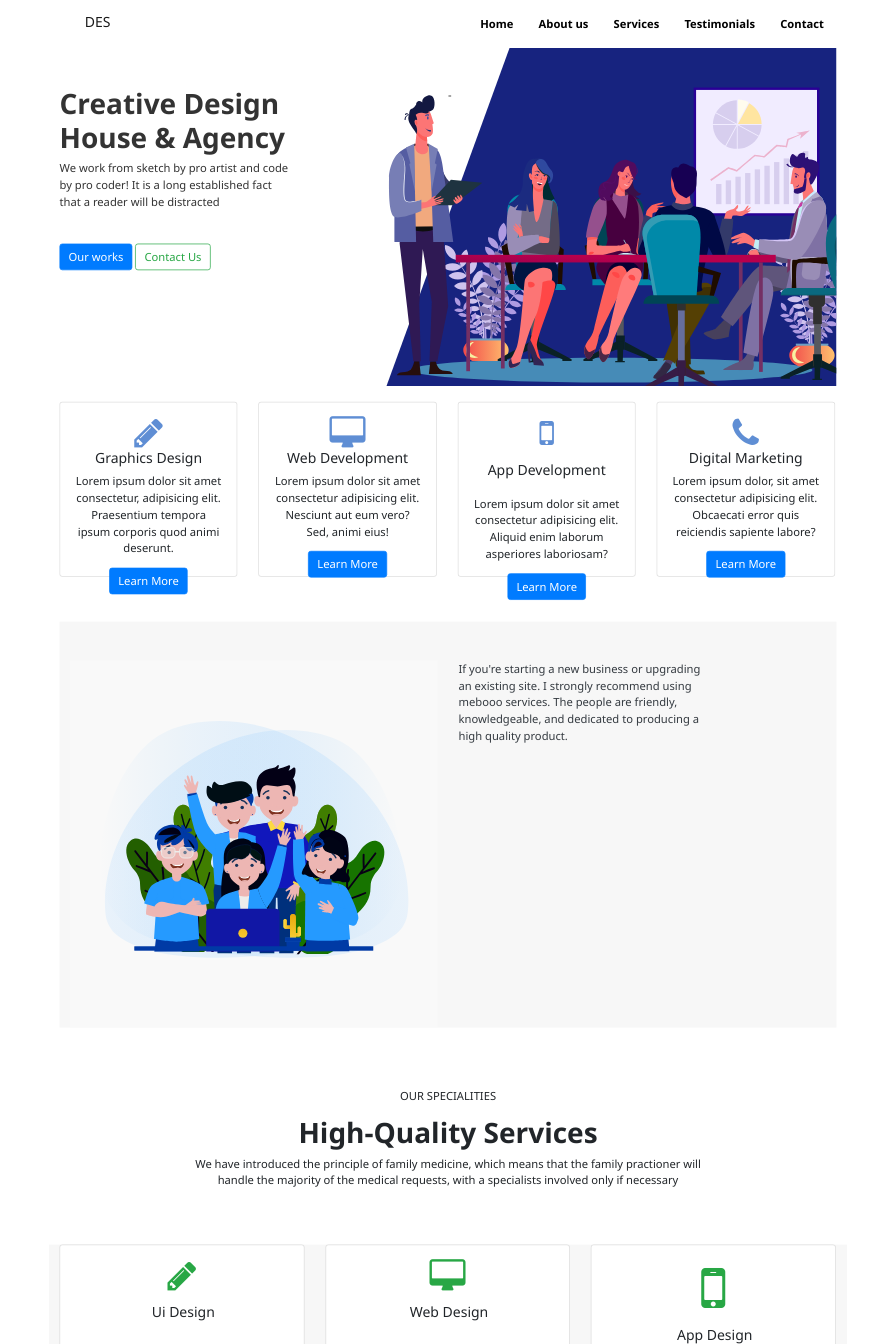
Repository: stephenkayade/Tarm
Page: index.html
An editor plug-in stored every save of this project. The page is shown before and after the next save, followed by the edit.
The browser window is 1280 px wide. The pictures show the part of the page from y = 0 to 1920 px (the page is 2970 px tall), at 70% of full size.

Above is the page before, as saved 2020-05-07 23:09:05.

After the next save:
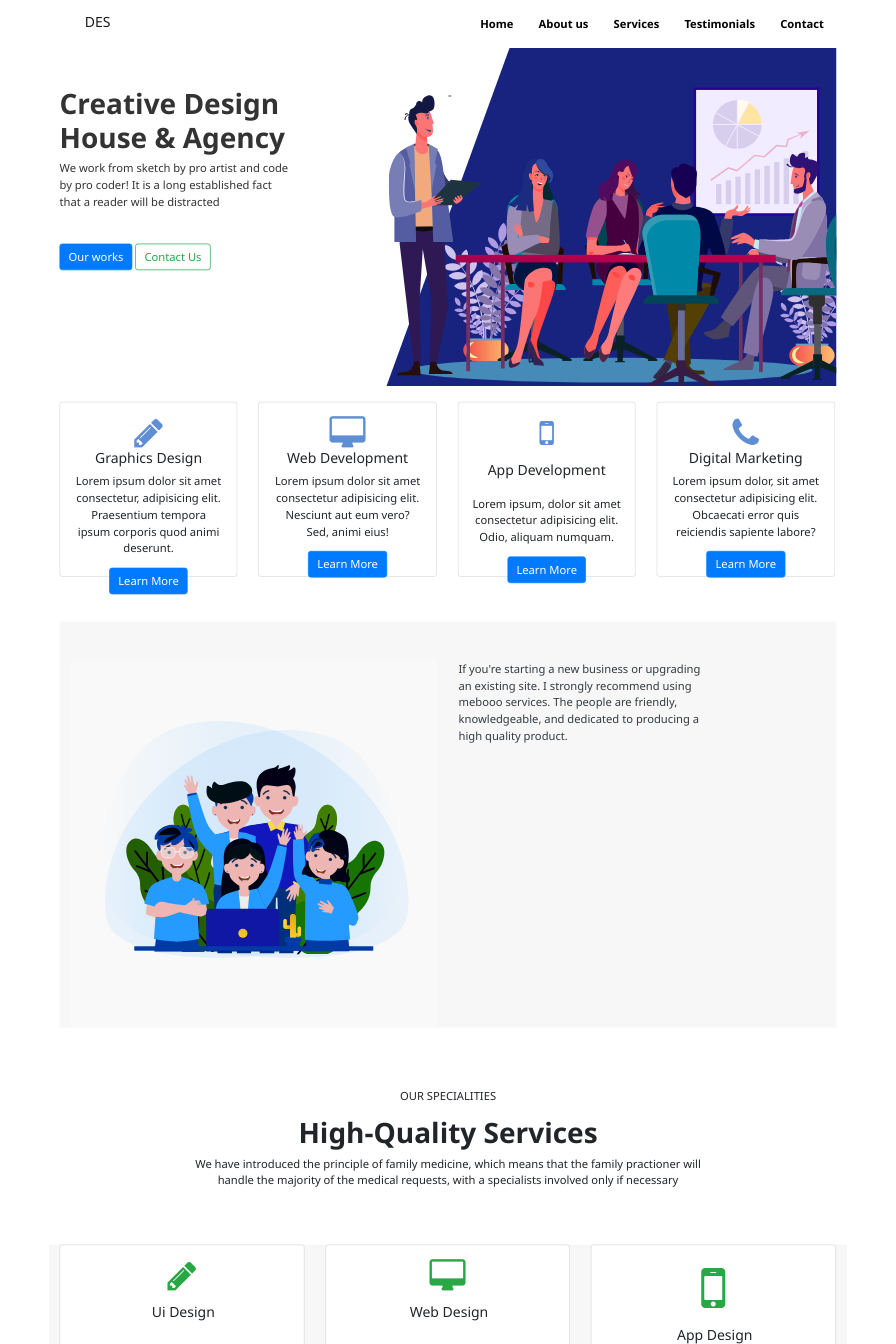
Saved 12 s later.
--- a/index.html
+++ b/index.html
@@ -102,7 +102,7 @@
                         <div class="card-body">
                             <i class="fa fa-mobile fa-3x icon-bg"></i>
                             <h5 class="text-center icon-pd">App Development</h5>
-                            <p class="card-text">Lorem ipsum dolor sit amet consectetur adipisicing elit. Aliquid enim laborum asperiores laboriosam?</p>
+                            <p class="card-text">Lorem ipsum, dolor sit amet consectetur adipisicing elit. Odio, aliquam numquam.</p>
                             <a href="#" class="btn btn-primary">Learn More</a>
                         </div>
                     </div>
